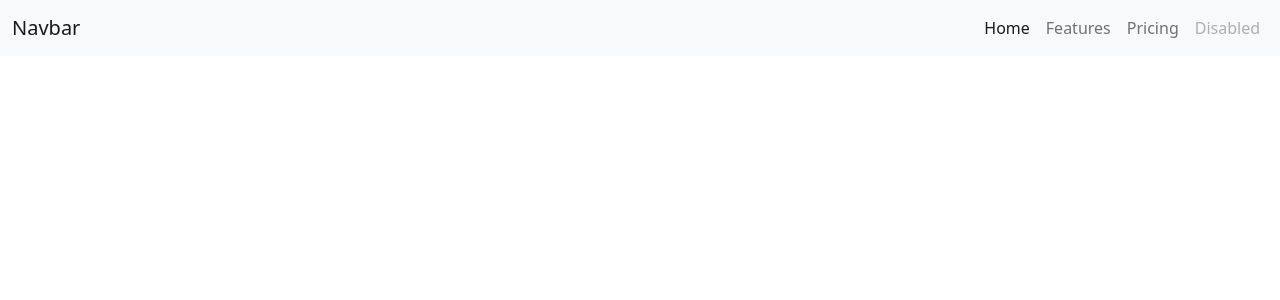
Repository: Paulinelali/try-bootstrap
Page: index.html
The author's editor kept a copy of each file at every save. The page is drawn from the files as they stood at one save, then again after the next save.
The browser window is 1280 px wide. The pictures show the whole page.

Above is the page before, as saved 2023-04-13 08:50:15.

After the next save:
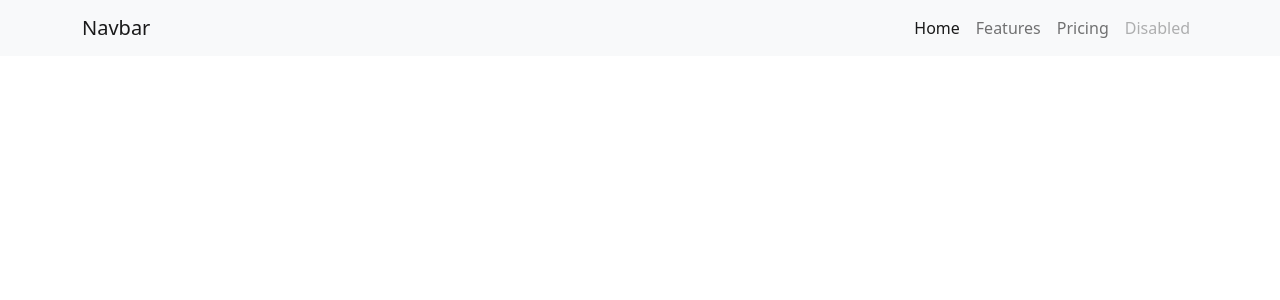
Saved 8 s later.
--- a/index.html
+++ b/index.html
@@ -13,7 +13,7 @@
   <body>
     <header>
       <nav class="navbar navbar-expand-lg navbar-light bg-light">
-        <div class="container-fluid d-flex justify-content-between">
+        <div class="container d-flex justify-content-between">
           <a class="navbar-brand" href="#">Navbar</a>
           <div class="links">
             <button class="navbar-toggler" type="button" data-bs-toggle="collapse" data-bs-target="#navbarNav" aria-controls="navbarNav" aria-expanded="false" aria-label="Toggle navigation">
